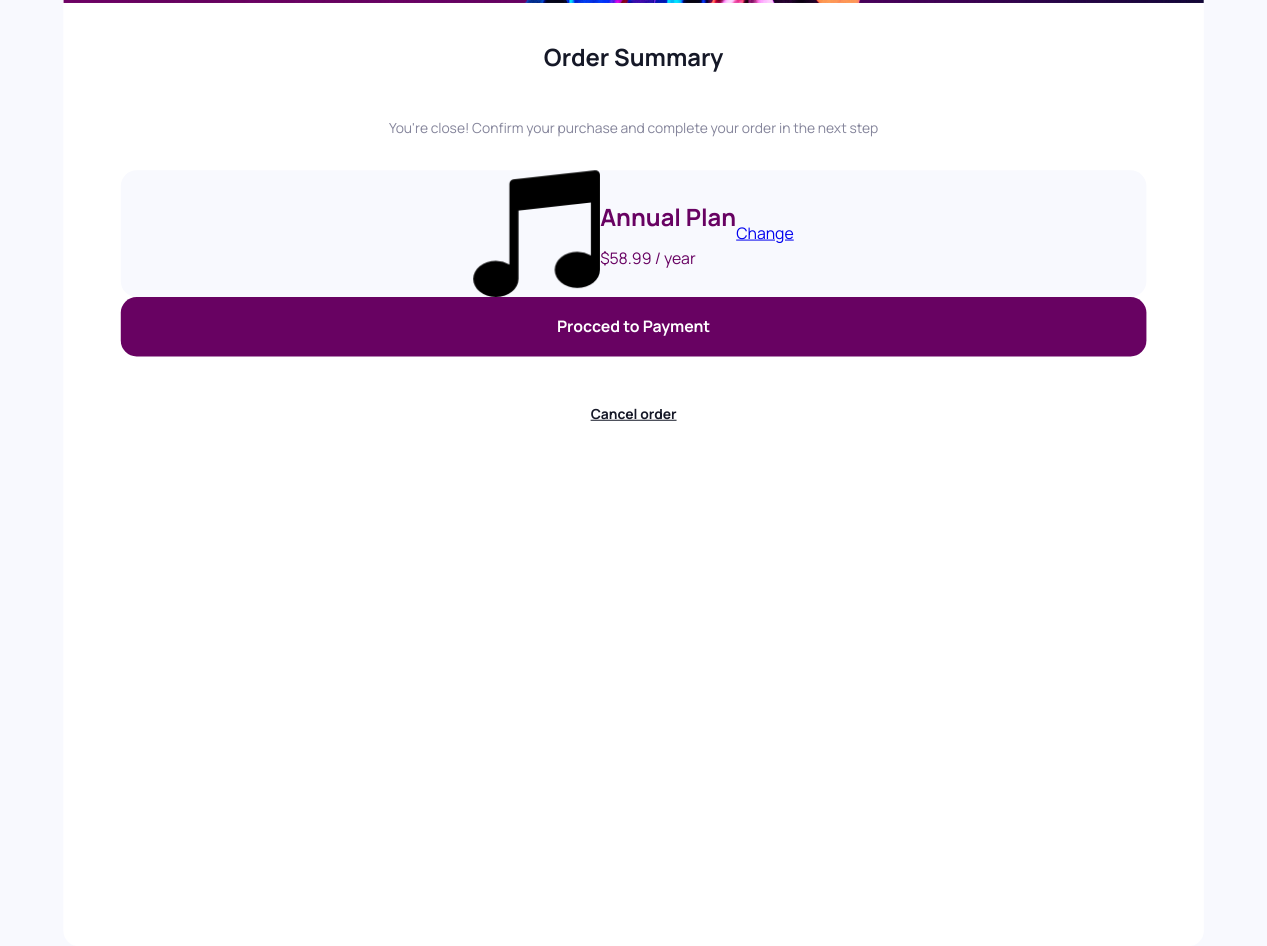
Repository: ssynowiec/INVO-Academy-solution
Page: /
An editor plug-in stored every save of this project. The page is shown before and after the next save, followed by the edit.
The browser window is 1280 px wide. The pictures show the whole page, at 99% of full size.
The project was rebuilt for these pictures with package versions that can differ from the ones it lists, and the page was loaded fresh each time.

Above is the page before, as saved 2023-02-16 10:12:27.

### index.html
<!DOCTYPE html>
<html lang="en">

<head>
  <meta charset="UTF-8" />
  <link rel="icon" type="image/svg+xml" href="/vite.svg" />
  <meta name="viewport" content="width=device-width, initial-scale=1.0" />
  <title>INVO Academy JS Starter with Vite</title>
</head>

<!-- In order to start your challenge, remove all the content inside <div id="home-page"></div> and start coding :) -->

<body>
  <div id="home-page" class="container">
    <section class="order">
      <img src="/images/girl.jpeg" alt="" class="order-image">
      <h1 class="order-title">Order Summary</h1>
      <p class="order-description">You're close! Confirm your purchase and complete your order in the next step</p>
      <div class="order-summary">
        <img src="/images/music.png" alt="" class="order-icon">
        <div>
          <h2>Annual Plan</h2>
          <p>$58.99 / year</p>
        </div>
        <a href="#">Change</a>
      </div>
      <button class="order-button">Procced to Payment</button>
      <a href="#" class="order-link">Cancel order</a>
    </section>
  </div>

  <script type="module" src="/src/global-scripts/main.js"></script>
  <script type="module" src="/src/pages/home-page/scripts/home-page.js"></script>
</body>

</html>

### src/pages/home-page/scripts/home-page.js
/// Homepage JavaScript File
/// Here we import all the JavaScript files we need for our homepage.

import '../styles/home-page.scss';

### src/global-styles/style.scss
/// Main Styles File
/// Here we import all the global Styles files we need for our project.

@import 'styles/normalize.scss';
@import 'styles/root.scss';
@import 'styles/fonts.scss';

body {
	font-family: 'Manrope', sans-serif;
	color: var(--color-primary);
	background-color: var(--color-background);
	display: flex;
	justify-content: center;
	align-items: center;
	height: 100vh;
}

p {
	color: var(--color-on-surface);
}

### src/pages/home-page/styles/home-page.scss
/// Homepage Styles File
/// Here we import all the Styles files we need for our Homepage.

.container {
	display: flex;
	justify-content: center;
}

.order {
	display: flex;
	flex-direction: column;
	justify-content: between;
	align-items: center;
	width: 90%;
	border-radius: 16px;
	overflow: hidden;
	background-color: var(--color-white);

	&-image {
		width: 100%;
		height: 20%;
		object-fit: cover;
	}

	&-title {
		font-weight: bold;
		padding-top: 25px;
		font-size: 24px;
		color: var(--color-title);
	}

	&-description {
		font-size: 14px;
		padding: 20px;
		color: var(--color-body);
		text-align: center;
	}

	&-summary {
		display: flex;
		justify-content: center;
		align-items: center;
		width: 90%;
		border-radius: 16px;
		background-color: var(--color-background);
	}

	&-button {
		width: 90%;
		height: 60px;
		padding: 10px;
		border-radius: 16px;
		font-weight: bold;
		font-size: 16px;
		line-height: 160%;
		letter-spacing: -1%;
		border: none;
		background-color: var(--color-primary);
		color: var(--color-white);
		cursor: pointer;

		&:hover {
			background-color: var(--color-primary-hover);
		}
	}

	&-link {
		letter-spacing: -1%;
		padding-top: 50px;
		font-size: 14px;
		font-weight: bold;
		color: var(--color-title);
	}
}

### src/global-styles/styles/root.scss
/// Root Styles file
/// Here we define all the root variables we need for our project.
/// For examples see Material Design color system: https://m2.material.io/design/color/the-color-system.html

:root {
	--color-primary: #680262;
	--color-primary-hover: #490245;
	--color-background: #f8f9fe;
	--color-title: #151827;
	--color-body: #85859b;
	--color-stroke: #cfd1dd;
	--color-white: #ffffff;
}

### src/global-styles/styles/fonts.scss
/// Main Fonts File
/// Here we import all the fonts files we need for our project.

@import url('https://fonts.googleapis.com/css2?family=Manrope:wght@200;300;400;500;600;700;800&display=swap');

Loaded but not shown: src/global-scripts/main.js (common file); src/global-styles/styles/normalize.scss (common file)

After the next save:
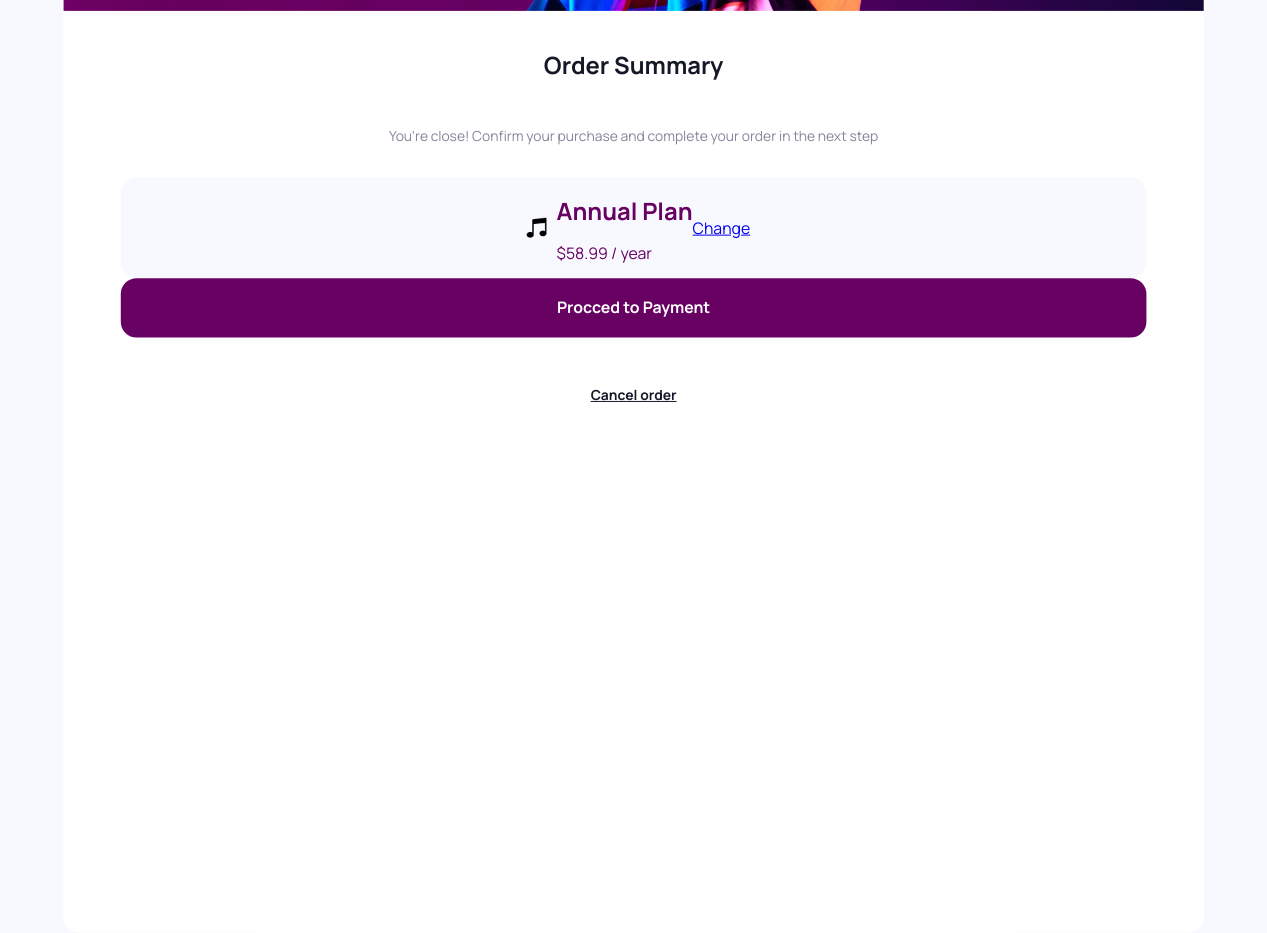
Saved 35 s later.
--- a/src/pages/home-page/styles/home-page.scss
+++ b/src/pages/home-page/styles/home-page.scss
@@ -45,6 +45,12 @@
 		background-color: var(--color-background);
 	}
 
+	&-icon {
+		width: 20px;
+		height: 20px;
+		margin: 10px;
+	}
+
 	&-button {
 		width: 90%;
 		height: 60px;
